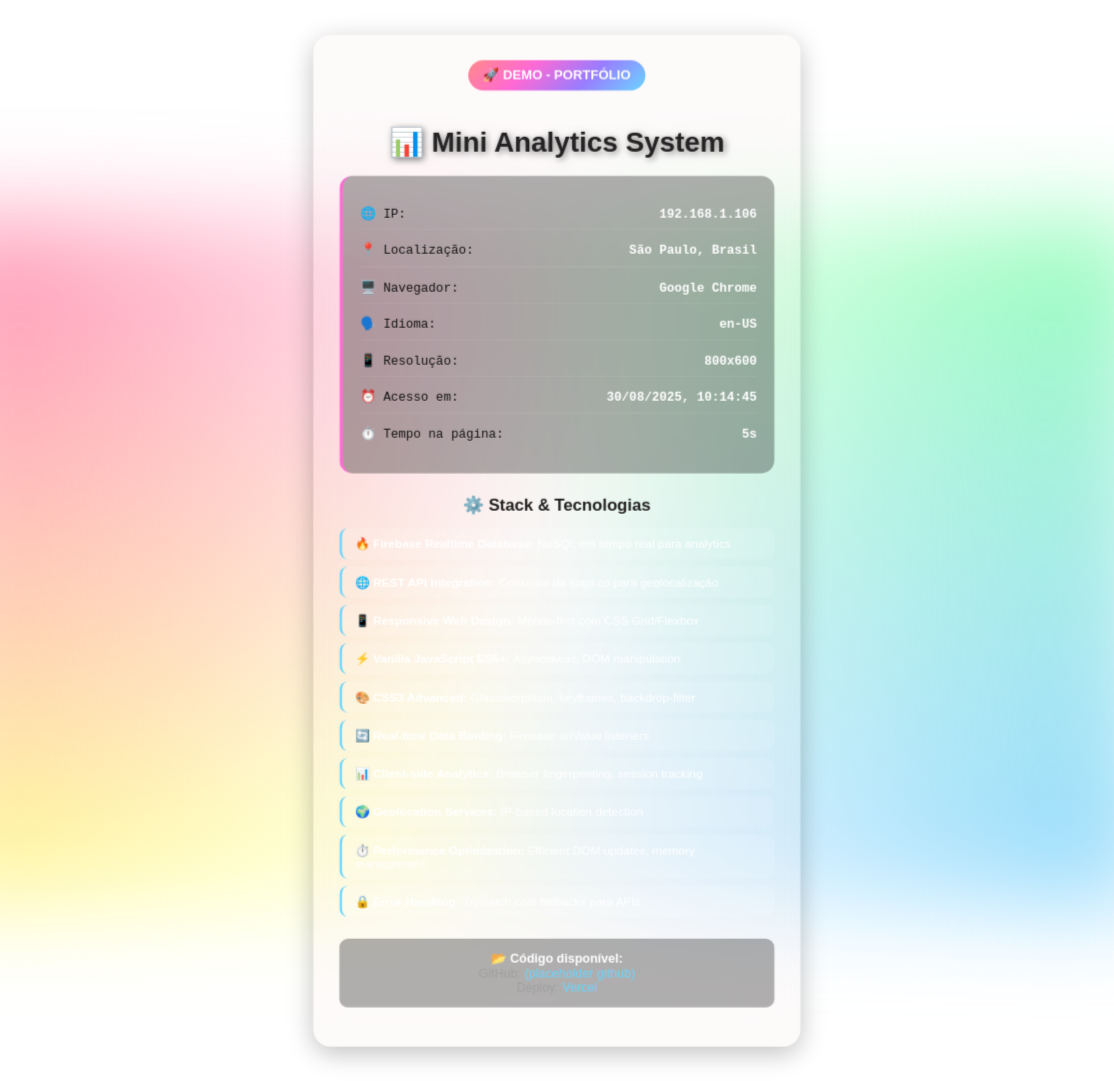
Repository: nardogod/mini-analytics
Page: mini.html
The author's editor kept a copy of each file at every save. The page is drawn from the files as they stood at one save, then again after the next save.
The browser window is 1280 px wide. The pictures show the whole page, at 87% of full size.

Above is the page before, as saved 2025-08-30 10:46:28.

### mini.html
<!DOCTYPE html>
<html lang="pt-BR">
  <head>
    <meta charset="UTF-8" />
    <meta name="viewport" content="width=device-width, initial-scale=1.0" />
    <title>Demo Analytics - Portfólio</title>
    <style>
      body {
        margin: 0;
        font-family: "Poppins", sans-serif;
        display: flex;
        justify-content: center;
        align-items: center;
        min-height: 100vh;
        overflow-x: hidden;
        color: #fff;
        text-align: center;
        padding: 20px 0;
      }

      /* Fundo vibrante com bolhas coloridas */
      .background {
        position: fixed;
        width: 100%;
        height: 100%;
        background: radial-gradient(
            circle at top left,
            rgba(255, 100, 150, 0.7),
            transparent 50%
          ),
          radial-gradient(
            circle at bottom right,
            rgba(100, 200, 255, 0.7),
            transparent 50%
          ),
          radial-gradient(
            circle at top right,
            rgba(100, 255, 150, 0.7),
            transparent 50%
          ),
          radial-gradient(
            circle at bottom left,
            rgba(255, 255, 100, 0.7),
            transparent 50%
          );
        filter: blur(50px);
        animation: moveBubbles 10s infinite alternate ease-in-out;
        z-index: -1;
      }

      @keyframes moveBubbles {
        0% {
          transform: translate(0, 0) scale(1);
        }
        50% {
          transform: translate(-25px, 25px) scale(1.1);
        }
        100% {
          transform: translate(25px, -25px) scale(1);
        }
      }

      .container {
        background: rgba(240, 222, 222, 0.15);
        border-radius: 20px;
        padding: 30px;
        width: 90%;
        max-width: 500px;
        box-shadow: 0 8px 30px rgba(0, 0, 0, 0.25);
        backdrop-filter: blur(20px);
        margin: 20px;
      }

      h1 {
        font-size: 2rem;
        margin-bottom: 20px;
        color: #242222;
        text-shadow: 2px 2px 8px rgba(0, 0, 0, 0.5);
      }

      .demo-badge {
        display: inline-block;
        background: linear-gradient(135deg, #ff8a8a, #ff6ad5, #9a7dff, #6ad5ff);
        padding: 8px 16px;
        border-radius: 25px;
        font-size: 0.9rem;
        font-weight: bold;
        margin-bottom: 20px;
        animation: pulse 2s infinite;
      }

      @keyframes pulse {
        0%,
        100% {
          transform: scale(1);
        }
        50% {
          transform: scale(1.05);
        }
      }

      .analytics-display {
        background: rgba(0, 0, 0, 0.3);
        border-radius: 15px;
        padding: 20px;
        margin: 20px 0;
        text-align: left;
        font-family: "Courier New", monospace;
        font-size: 0.9rem;
        line-height: 1.6;
        border-left: 4px solid #ff6ad5;
      }

      .metric {
        display: flex;
        justify-content: space-between;
        margin: 8px 0;
        padding: 5px 0;
        border-bottom: 1px solid rgba(255, 255, 255, 0.1);
      }

      .metric:last-child {
        border-bottom: none;
      }

      .label {
        color: #131212;
        font-weight: 500;
      }

      .value {
        color: #fff;
        font-weight: bold;
      }

      .tecnicas {
        margin-top: 25px;
        font-size: 0.85rem;
        text-align: left;
      }

      .tecnicas h2 {
        font-size: 1.2rem;
        margin-bottom: 15px;
        text-align: center;
        color: #201f1f;
      }

      .tecnicas ul {
        list-style: none;
        padding: 0;
      }

      .tecnicas li {
        background: rgba(255, 255, 255, 0.1);
        margin: 8px 0;
        padding: 10px 15px;
        border-radius: 10px;
        border-left: 3px solid #6ad5ff;
      }

      .live-indicator {
        display: inline-block;
        width: 8px;
        height: 8px;
        background: #4ade80;
        border-radius: 50%;
        animation: blink 1.5s infinite;
        margin-right: 8px;
      }

      @keyframes blink {
        0%,
        50% {
          opacity: 1;
        }
        51%,
        100% {
          opacity: 0.3;
        }
      }

      .visitors-count {
        background: linear-gradient(135deg, #4ade80, #22d3ee);
        padding: 10px 20px;
        border-radius: 25px;
        margin: 15px 0;
        font-weight: bold;
        display: inline-block;
      }
    </style>
  </head>
  <body>
    <div class="background"></div>
    <div class="container">
      <div class="demo-badge">🚀 DEMO - PORTFÓLIO</div>
      <h1>📊 Mini Analytics System</h1>

      <div class="analytics-display" id="analytics">
        <div class="metric">
          <span class="label">🌐 IP:</span>
          <span class="value" id="ip">Detectando...</span>
        </div>
        <div class="metric">
          <span class="label">📍 Localização:</span>
          <span class="value" id="location">Carregando...</span>
        </div>
        <div class="metric">
          <span class="label">🖥️ Navegador:</span>
          <span class="value" id="browser">Analisando...</span>
        </div>
        <div class="metric">
          <span class="label">🗣️ Idioma:</span>
          <span class="value" id="language">--</span>
        </div>
        <div class="metric">
          <span class="label">📱 Resolução:</span>
          <span class="value" id="screen">--</span>
        </div>
        <div class="metric">
          <span class="label">⏰ Acesso em:</span>
          <span class="value" id="timestamp">--</span>
        </div>
        <div class="metric">
          <span class="label">⏱️ Tempo na página:</span>
          <span class="value" id="sessionTime">0s</span>
        </div>
      </div>

      <div class="tecnicas">
        <h2>⚙️ Stack & Tecnologias</h2>
        <ul>
          <li>
            🔥 <strong>Firebase Realtime Database:</strong> NoSQL em tempo real
            para analytics
          </li>
          <li>
            🌐 <strong>REST API Integration:</strong> Consumo da ipapi.co para
            geolocalização
          </li>
          <li>
            📱 <strong>Responsive Web Design:</strong> Mobile-first com CSS
            Grid/Flexbox
          </li>
          <li>
            ⚡ <strong>Vanilla JavaScript ES6+:</strong> Async/await, DOM
            manipulation
          </li>
          <li>
            🎨 <strong>CSS3 Advanced:</strong> Glassmorphism, keyframes,
            backdrop-filter
          </li>
          <li>
            🔄 <strong>Real-time Data Binding:</strong> Firebase onValue
            listeners
          </li>
          <li>
            📊 <strong>Client-side Analytics:</strong> Browser fingerprinting,
            session tracking
          </li>
          <li>
            🌍 <strong>Geolocation Services:</strong> IP-based location
            detection
          </li>
          <li>
            ⏱️ <strong>Performance Optimization:</strong> Efficient DOM updates,
            memory management
          </li>
          <li>
            🔒 <strong>Error Handling:</strong> Try/catch com fallbacks para
            APIs
          </li>
        </ul>

        <div style="margin-top: 25px; text-align: center; font-size: 0.9rem">
          <div
            style="
              background: rgba(0, 0, 0, 0.3);
              padding: 15px;
              border-radius: 10px;
              margin: 15px 0;
            "
          >
            <strong>📂 Código disponível:</strong><br />
            <span style="color: #a0a0a0">GitHub: </span
            ><span style="color: #6ad5ff">(placeholder github)</span><br />
            <span style="color: #a0a0a0">Deploy: </span
            ><span style="color: #6ad5ff">Vercel</span>
          </div>
        </div>
      </div>
    </div>

    <script>
      // Simulação das funcionalidades para demonstração no portfólio
      let sessionTime = 0;
      let visitorsCount = Math.floor(Math.random() * 50) + 100; // Simula contagem

      // Função para detectar informações do cliente
      function coletarDados() {
        // Dados básicos do navegador (funcionam em qualquer ambiente)
        const navegador = getBrowserInfo();
        const idioma = navigator.language || "pt-BR";
        const tela = `${window.screen.width}x${window.screen.height}`;
        const acessoEm = new Date().toLocaleString("pt-BR");

        // Atualiza dados básicos imediatamente
        document.getElementById("browser").textContent = navegador;
        document.getElementById("language").textContent = idioma;
        document.getElementById("screen").textContent = tela;
        document.getElementById("timestamp").textContent = acessoEm;

        // Simula carregamento de IP e localização
        setTimeout(() => {
          document.getElementById("ip").textContent =
            "192.168.1." + Math.floor(Math.random() * 255);
          document.getElementById("location").textContent = "São Paulo, Brasil";
        }, 1500);

        // Simula Firebase - contador de visitantes (removido para mostrar apenas dados reais)
        // Em produção: Firebase Realtime Database com runTransaction para contadores globais

        // Timer de sessão
        setInterval(() => {
          sessionTime++;
          const minutes = Math.floor(sessionTime / 60);
          const seconds = sessionTime % 60;
          const timeDisplay =
            minutes > 0 ? `${minutes}m ${seconds}s` : `${seconds}s`;
          document.getElementById("sessionTime").textContent = timeDisplay;
        }, 1000);
      }

      // Função para identificar o navegador
      function getBrowserInfo() {
        const ua = navigator.userAgent;
        let browser = "Desconhecido";

        if (ua.includes("Chrome") && !ua.includes("Edge")) {
          browser = "Google Chrome";
        } else if (ua.includes("Firefox")) {
          browser = "Mozilla Firefox";
        } else if (ua.includes("Safari") && !ua.includes("Chrome")) {
          browser = "Safari";
        } else if (ua.includes("Edge")) {
          browser = "Microsoft Edge";
        } else if (ua.includes("Opera")) {
          browser = "Opera";
        }

        return browser;
      }

      // Simula requisição para API de geolocalização
      async function tentarGeolocalizacao() {
        try {
          // Em um ambiente real, faria: const res = await fetch("https://ipapi.co/json/");
          // Aqui simulamos o comportamento para o portfólio
          await new Promise((resolve) => setTimeout(resolve, 1000));
          return {
            ip: "187.45.123." + Math.floor(Math.random() * 255),
            city: "São Paulo",
            country_name: "Brasil",
          };
        } catch (e) {
          console.log("Simulação: Erro ao buscar localização", e);
          return {
            ip: "N/A",
            city: "N/A",
            country_name: "N/A",
          };
        }
      }

      // Inicializa a aplicação
      coletarDados();

      // Adiciona efeito de hover nos itens das técnicas
      document.addEventListener("DOMContentLoaded", () => {
        const tecnicasItems = document.querySelectorAll(".tecnicas li");
        tecnicasItems.forEach((item) => {
          item.addEventListener("mouseenter", () => {
            item.style.background = "rgba(255, 255, 255, 0.2)";
            item.style.transform = "translateX(5px)";
            item.style.transition = "all 0.3s ease";
          });

          item.addEventListener("mouseleave", () => {
            item.style.background = "rgba(255, 255, 255, 0.1)";
            item.style.transform = "translateX(0px)";
          });
        });
      });
    </script>
  </body>
</html>

After the next save:
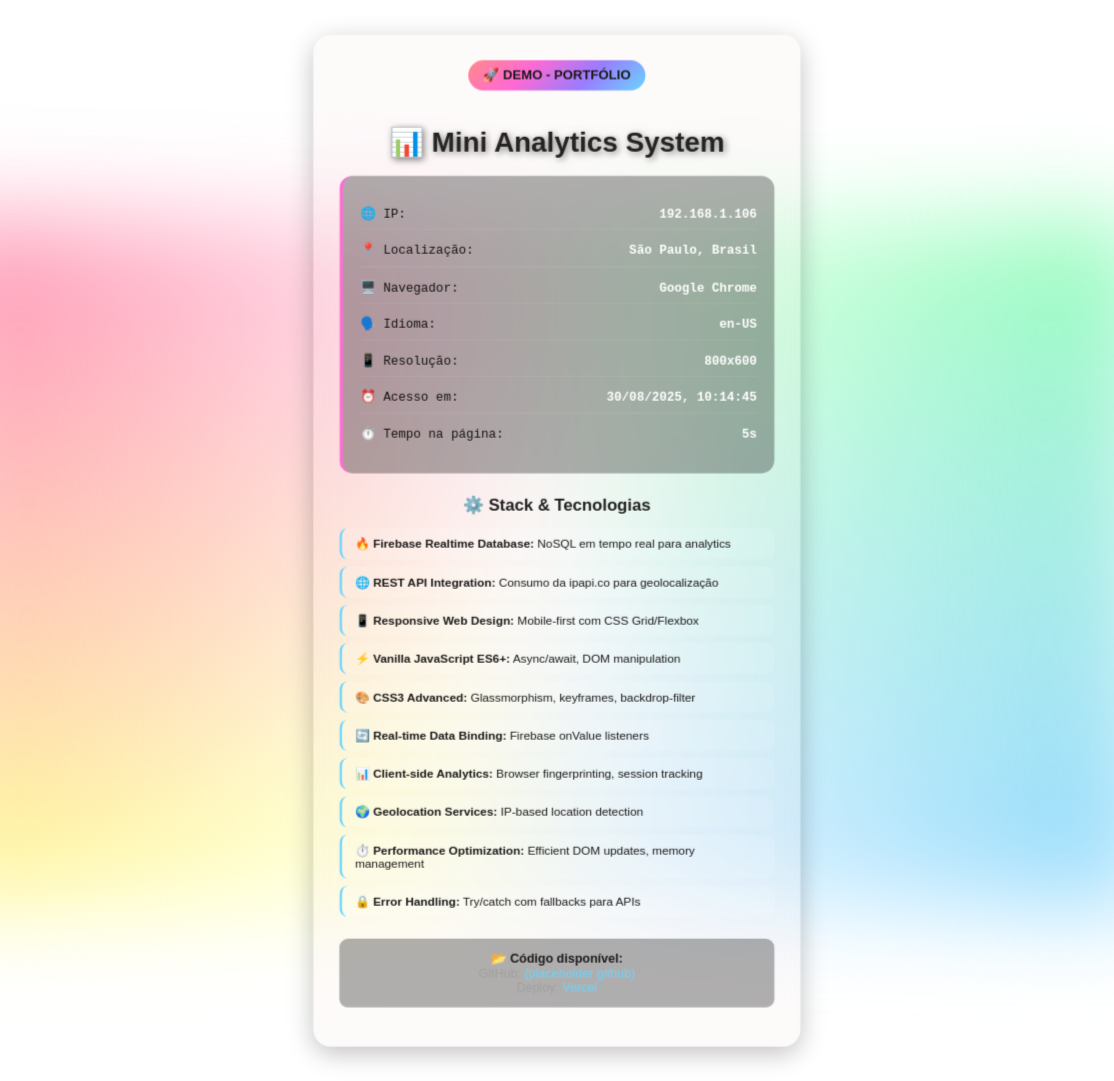
Saved 17 s later.
--- a/mini.html
+++ b/mini.html
@@ -13,7 +13,7 @@
         align-items: center;
         min-height: 100vh;
         overflow-x: hidden;
-        color: #fff;
+        color: #1b1919;
         text-align: center;
         padding: 20px 0;
       }
